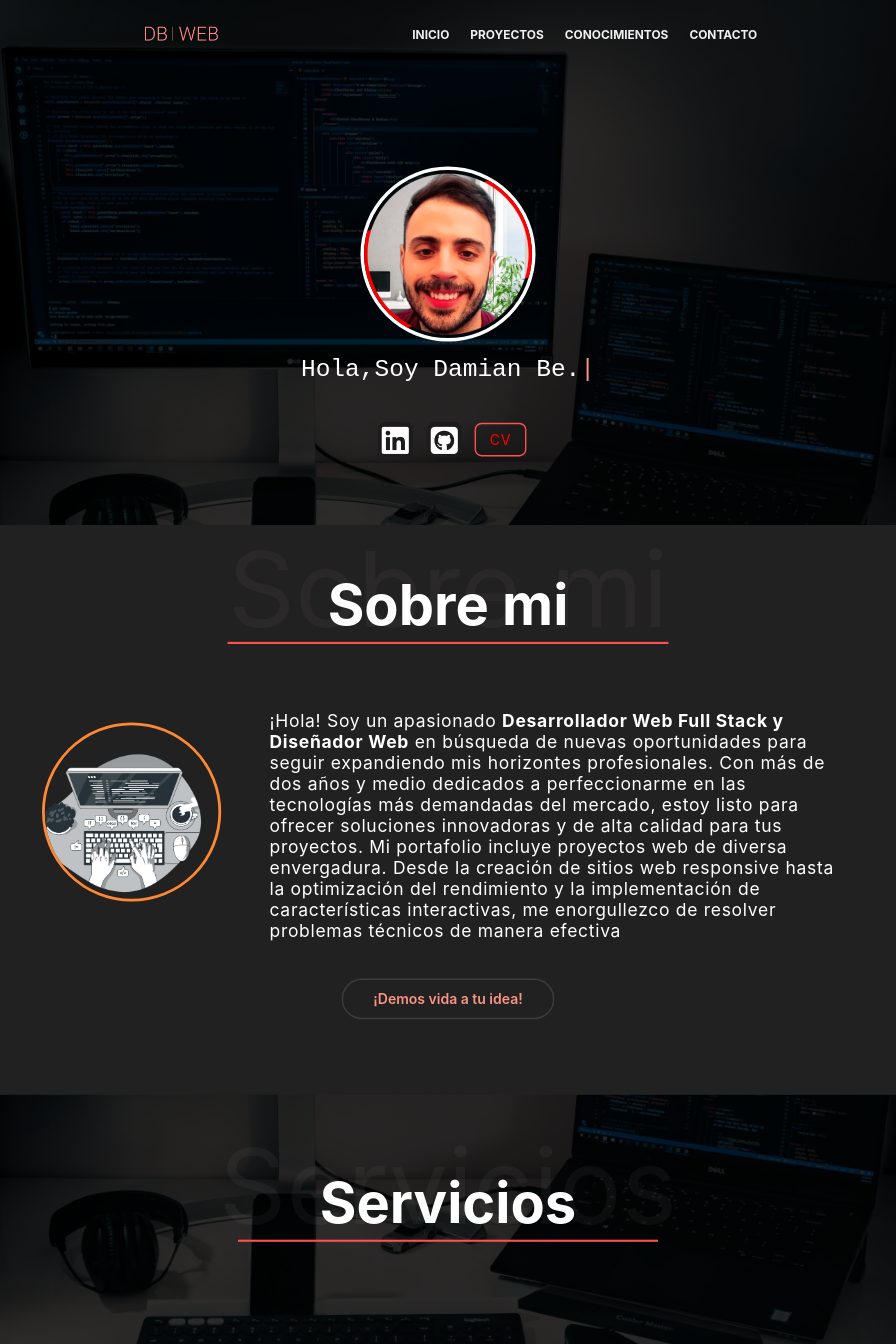
Repository: DamianBermudez94/DB-Porfolio
Page: /
These files come from the project's save history. The page is drawn as it stood at one moment and after the next save; the edit follows.
The browser window is 1280 px wide. The pictures show the part of the page from y = 0 to 1920 px (the page is 4660 px tall before and 5308 px after), at 70% of full size.
Backgrounds fixed to the window are drawn as part of the page. Some web libraries are served in a nearby version. The project was rebuilt for these pictures with package versions that can differ from the ones it lists, and the page was loaded fresh each time. Also part of the build but not shown: vite.config.js, src/components/Conocimientos/styles.css, src/components/Conocimientos/Conocimientos.jsx, src/pages/AcerdaDe.jsx, src/components/Contacto/styles.css, src/components/Contacto/Contact.jsx, src/pages/contacto.jsx, src/data/trabajos.js and 4 more.

Above is the page before, as saved 2024-04-02 09:42:50.

After the next save:
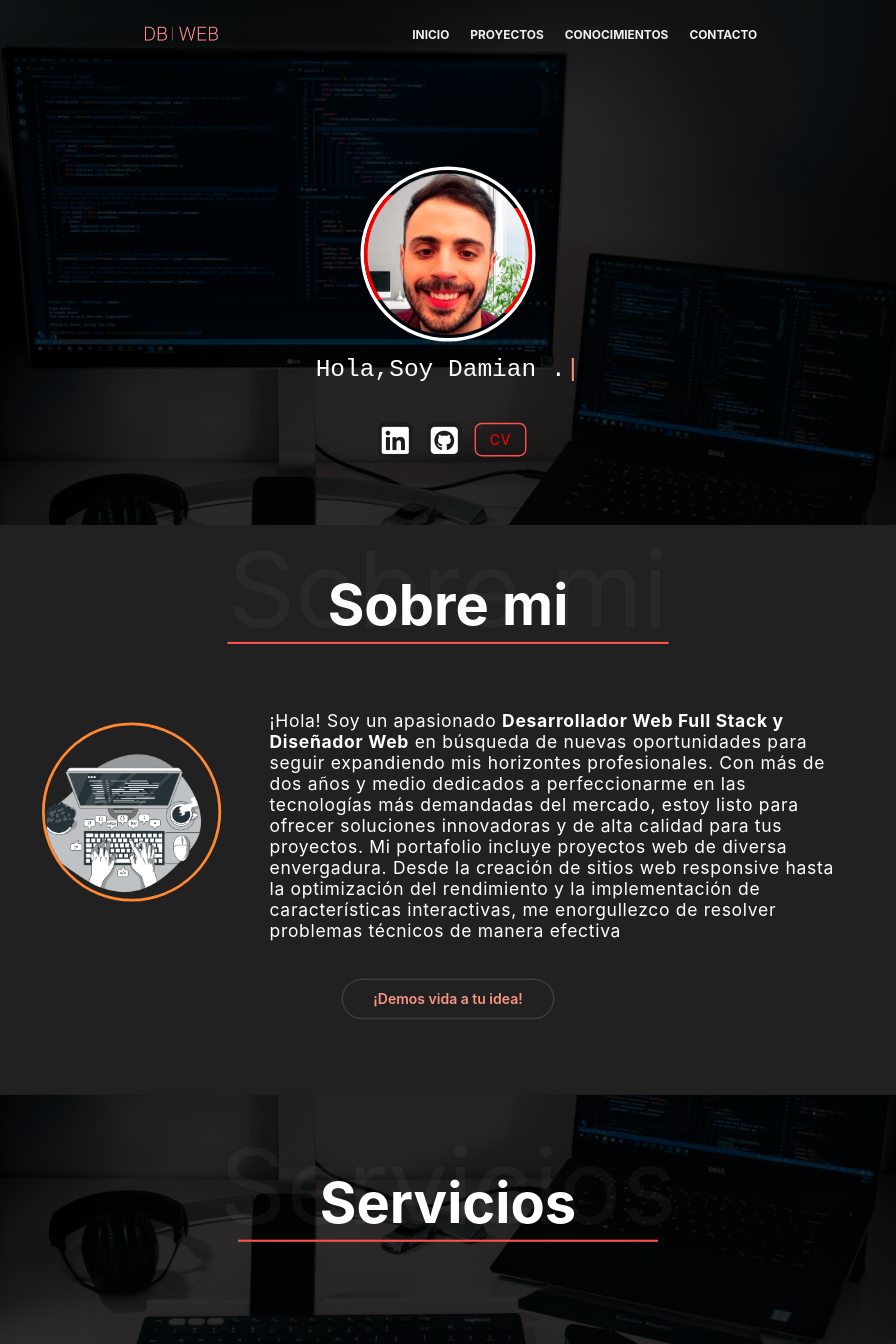
Saved 4 min 27 s later.
--- a/src/components/Servicios/Service.jsx
+++ b/src/components/Servicios/Service.jsx
@@ -34,13 +34,37 @@ export const Service = () => {
           <div className="card-details">
             <img src="/image/front-end.png" alt="Front end - Developer Web" />
             <h3 className="text-title">Front-end</h3>
-            <p className="text-body">
-              {" "}
-              1-Diseño de interfaces de usuario modernas y atractivas que se adapten a las últimas tendencias de diseño web y a las necesidades del cliente.
-              2-Desarrollo de experiencias de usuario intuitivas y fluidas mediante el uso de tecnologías como HTML5, CSS3 y JavaScript, asegurando una navegación fácil y agradable.
-              3-Optimización para dispositivos móviles y diferentes tamaños de pantalla, garantizando que el sitio sea accesible y funcional en cualquier dispositivo.
-              4-Implementación de animaciones y efectos interactivos para mejorar la interactividad y el atractivo visual del sitio.
-              5-Integración de frameworks y librerías front-end como React para desarrollar aplicaciones web robustas y de alto rendimiento.
+            <ul>
+              <li>
+                <p></p>
+              </li>
+              <li>
+                <p></p>
+              </li>
+              <li>
+                <p></p>
+              </li>
+              <li>
+                <p></p>
+              </li>
+              <li>
+                <p></p>
+              </li>
+            </ul>
+            <p className="text-body">
+              {" "}
+              1-Diseño de interfaces de usuario modernas y atractivas que se
+              adapten a las últimas tendencias de diseño web y a las necesidades
+              del cliente. 2-Desarrollo de experiencias de usuario intuitivas y
+              fluidas mediante el uso de tecnologías como HTML5, CSS3 y
+              JavaScript, asegurando una navegación fácil y agradable.
+              3-Optimización para dispositivos móviles y diferentes tamaños de
+              pantalla, garantizando que el sitio sea accesible y funcional en
+              cualquier dispositivo. 4-Implementación de animaciones y efectos
+              interactivos para mejorar la interactividad y el atractivo visual
+              del sitio. 5-Integración de frameworks y librerías front-end como
+              React para desarrollar aplicaciones web robustas y de alto
+              rendimiento.
             </p>
           </div>
           <NavLink className="card-button" to="/contacto">
@@ -54,6 +78,23 @@ export const Service = () => {
           <div className="card-details">
             <img src="/image/back-end.png" alt="Back end - Developer Web" />
             <h3 className="text-title">Back-end</h3>
+            <ul>
+              <li>
+                <p></p>
+              </li>
+              <li>
+                <p></p>
+              </li>
+              <li>
+                <p></p>
+              </li>
+              <li>
+                <p></p>
+              </li>
+              <li>
+                <p></p>
+              </li>
+            </ul>
             <p className="text-body">
               {" "}
               <p>
@@ -79,6 +120,23 @@ export const Service = () => {
           <div className="card-details">
             <img src="/image/web-design.png" alt="Web design - diseño web" />
             <h3 className="text-title">Diseño Web</h3>
+            <ul>
+              <li>
+                <p></p>
+              </li>
+              <li>
+                <p></p>
+              </li>
+              <li>
+                <p></p>
+              </li>
+              <li>
+                <p></p>
+              </li>
+              <li>
+                <p></p>
+              </li>
+            </ul>
             <p className="text-body">
               {" "}
               Transformo ideas en experiencias visuales cautivadoras. Desde el
@@ -103,6 +161,23 @@ export const Service = () => {
               alt="landing page - paginas de aterrizaje"
             />
             <h3 className="text-title">Landin page</h3>
+            <ul>
+              <li>
+                <p></p>
+              </li>
+              <li>
+                <p></p>
+              </li>
+              <li>
+                <p></p>
+              </li>
+              <li>
+                <p></p>
+              </li>
+              <li>
+                <p></p>
+              </li>
+            </ul>
             <p className="text-body">
               {" "}
               Desarrollo landing pages que convierten visitantes en clientes.
@@ -127,6 +202,23 @@ export const Service = () => {
               alt="E-Commerce - Tienda online"
             />
             <h3 className="text-title">E-Commerce</h3>
+            <ul>
+              <li>
+                <p></p>
+              </li>
+              <li>
+                <p></p>
+              </li>
+              <li>
+                <p></p>
+              </li>
+              <li>
+                <p></p>
+              </li>
+              <li>
+                <p></p>
+              </li>
+            </ul>
             <p className="text-body">
               {" "}
               Construyo plataformas de comercio electrónico robustas y fáciles
@@ -149,6 +241,23 @@ export const Service = () => {
           <div className="card-details">
             <img src="/image/web-site.png" alt="E-Commerce - Tienda online" />
             <h3 className="text-title">Sitios Web</h3>
+            <ul>
+              <li>
+                <p></p>
+              </li>
+              <li>
+                <p></p>
+              </li>
+              <li>
+                <p></p>
+              </li>
+              <li>
+                <p></p>
+              </li>
+              <li>
+                <p></p>
+              </li>
+            </ul>
             <p className="text-body">
               {" "}
               Construyo plataformas de comercio electrónico robustas y fáciles
